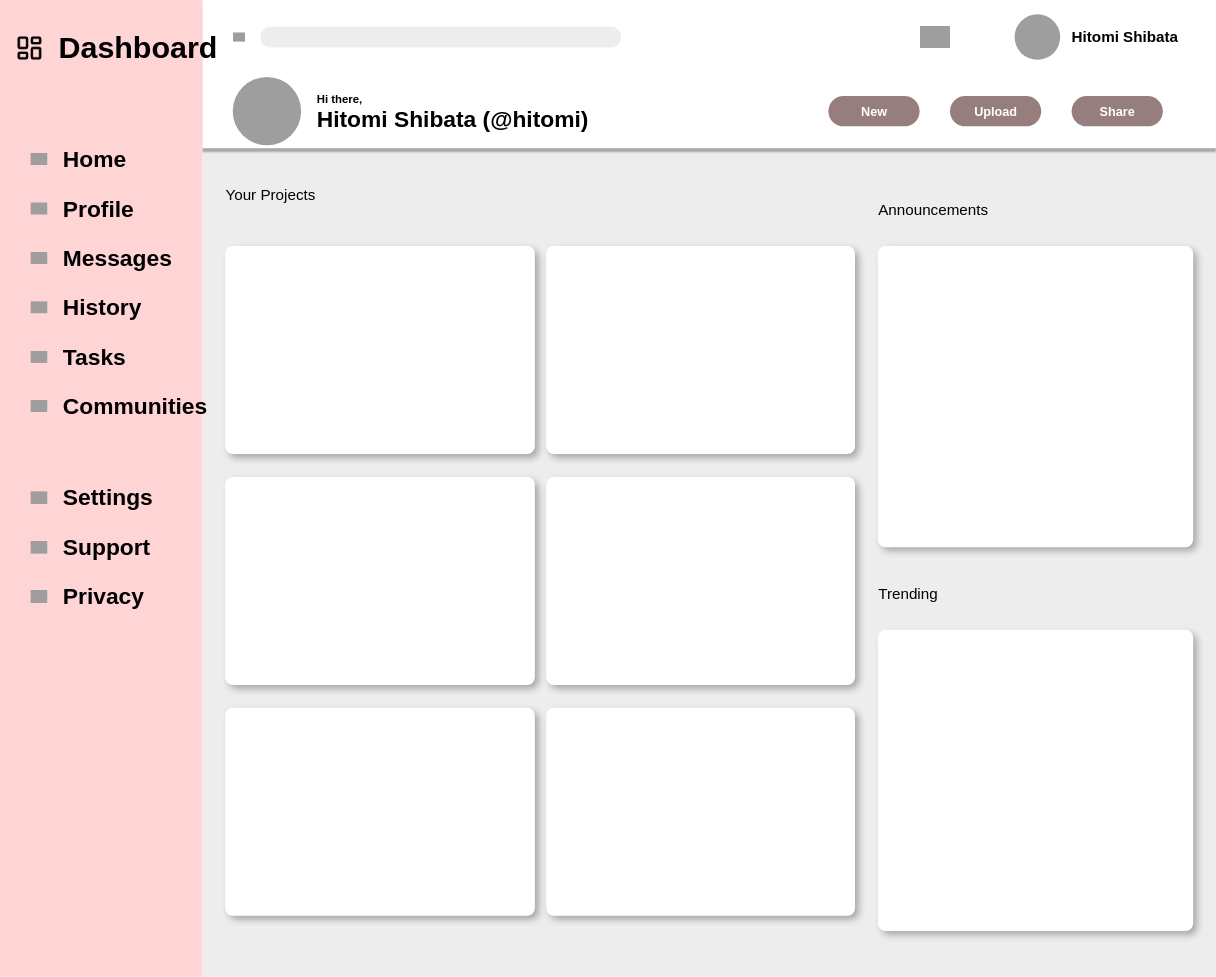
Repository: yeetzpxoci/dashboard
Page: index.html
The author's editor kept a copy of each file at every save. The page is drawn from the files as they stood at one save, then again after a run of saves.
The browser window is 1280 px wide. The pictures show the whole page, at 95% of full size.
Pictures or frames that could not be fetched are drawn as grey boxes.

Above is the page before, as saved 2023-02-19 12:25:10.

After the next 2 saves:
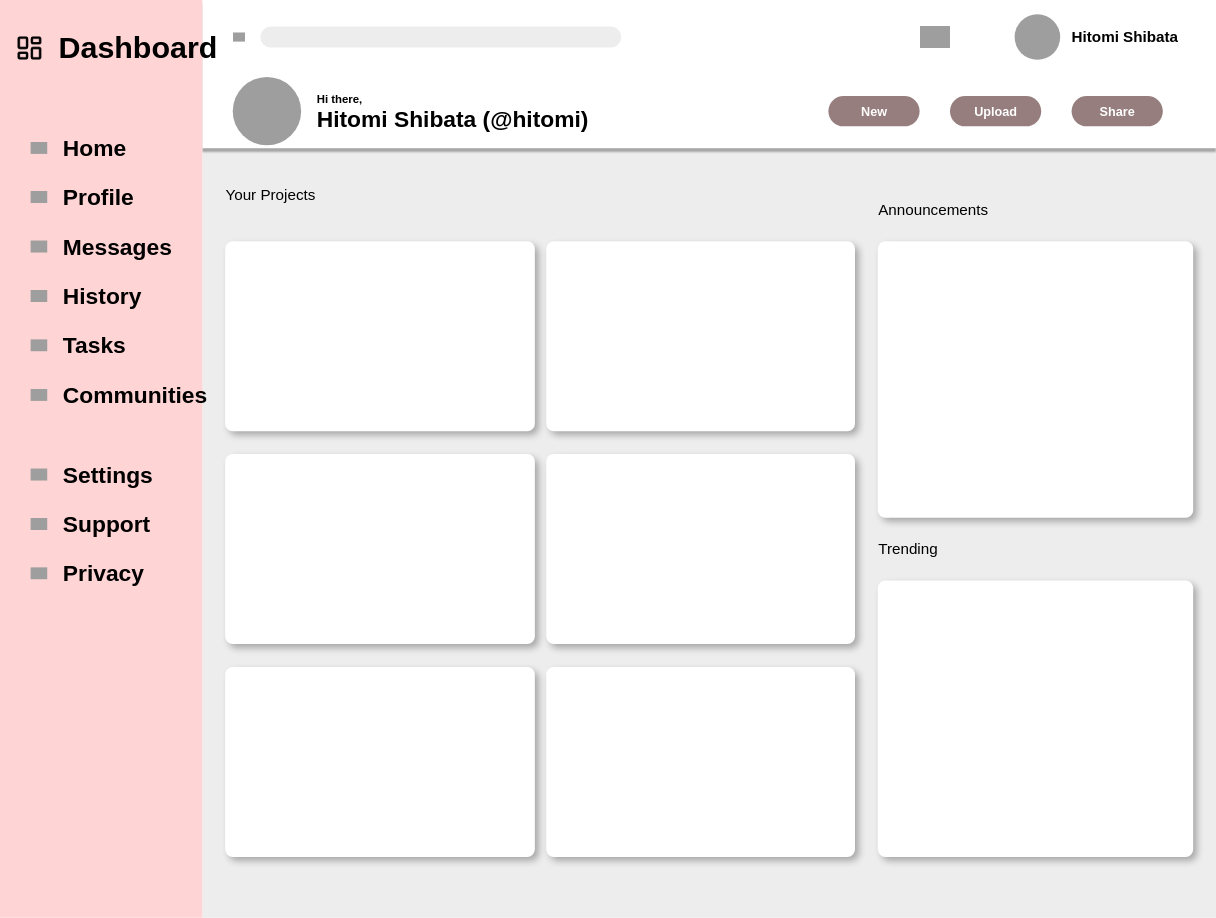
The 2 saves are shown as one change because they came seconds apart.
The last was saved 47 s later.
--- a/styles.css
+++ b/styles.css
@@ -201,9 +201,7 @@ button {
     height: 100%;
     display: grid;
     grid-row: 2 / 3;
-    margin-top: 16px;
     grid-template-rows: 1fr 5fr;
-    margin-bottom: 64px;
 }
 
 .trending {
